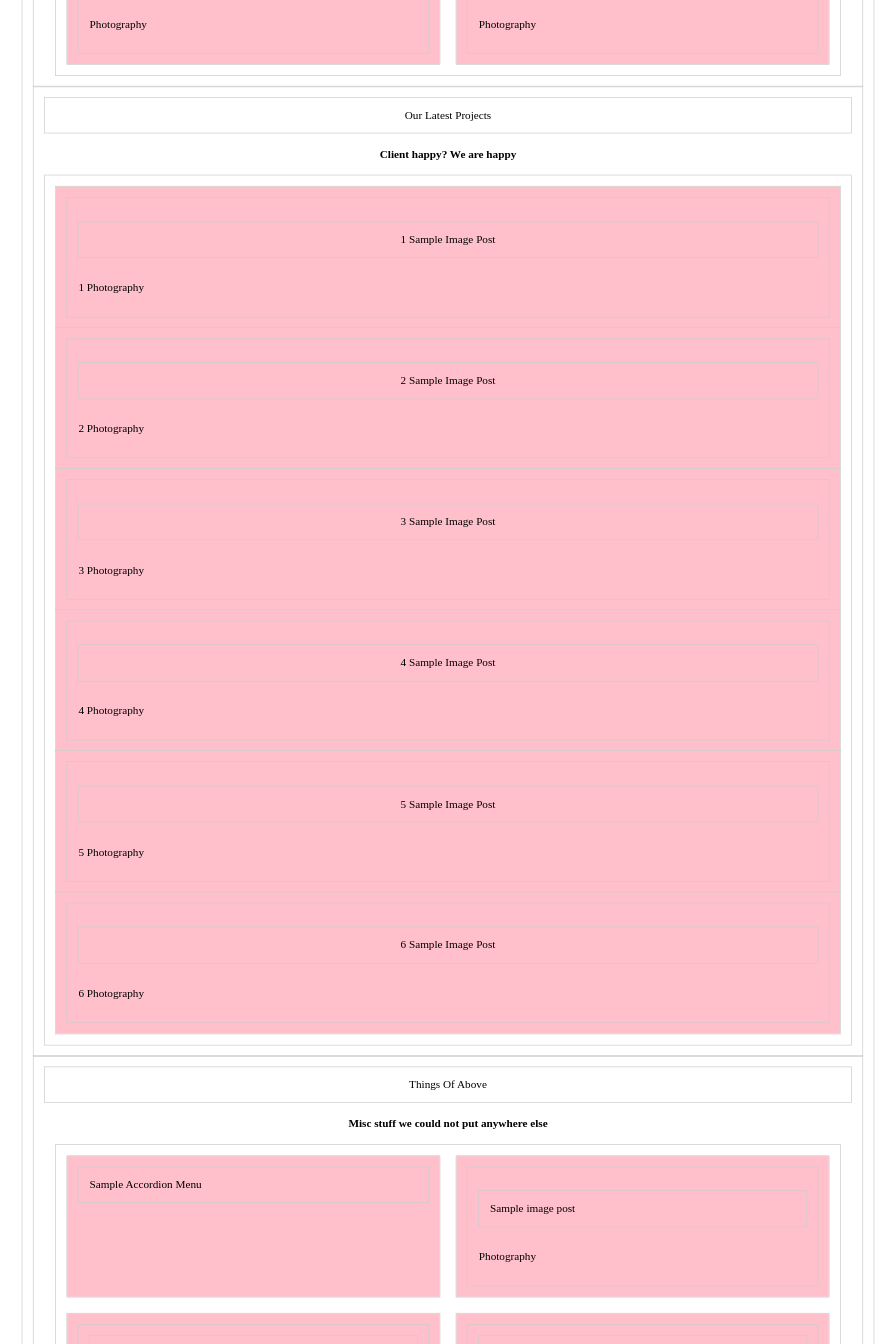
Repository: kionale/Project1_Lab3_ResponsiveLayout
Page: index.html
An editor plug-in stored every save of this project. The page is shown before and after the next save, followed by the edit.
The browser window is 1280 px wide. The pictures show the part of the page from y = 1531 to 3451 px (the page is 3672 px tall before and 3115 px after), at 70% of full size.

Above is the page before, as saved 2023-01-25 23:17:36.

### index.html
<!doctype html>
<html class="no-js" lang="">

<head>
  <meta charset="utf-8">
  <title></title>
  <meta name="description" content="">
  <meta name="viewport" content="width=device-width, initial-scale=1">

  <meta property="og:title" content="">
  <meta property="og:type" content="">
  <meta property="og:url" content="">
  <meta property="og:image" content="">

  <link rel="manifest" href="site.webmanifest">
  <link rel="apple-touch-icon" href="icon.png">
  <!-- Place favicon.ico in the root directory -->

  <link rel="stylesheet" href="css/normalize.css">
  <link rel="stylesheet" href="css/main.css">

  <meta name="theme-color" content="#fafafa">
</head>


<body class="page page-home">
  <header class="header page__header">
    <div class="row">
      <h1>Metrolics</h1>
      <a href=""><img src=""></a>
      <nav class="navbar-links">
        <ul>
          <a href="#">
            <li>Home</li>
          </a>
          <a href="">
            <li>Home</li>
          </a>
          <a href="">
            <li>Pages</li>
          </a>
          <a href="">
            <li>Blog</li>
          </a>
          <a href="">
            <li>Portfolio</li>
          </a>
          <a href="">
            <li>Home</li>
          </a>
        </ul>
      </nav>
    </div>

  </header>

  <div class="page__slider">
    <div class="row slides">
      <img src="" alt="">
    </div>
  </div>
  </div>

  <div class="page__intro">
    <h1 class="header page__heading">
      Hey guys! This is the <span>Metrolics</span> theme.<br>
      It sports a responsive layout with a mobile layout.
    </h1>
    <div class="subheading page_subheading">
      <h3>
        Things That We do
      </h3>
      <h5>Ask us what we can do for you</h5>

    </div>
    <div class="feature__service">
      <div class="row m-col-2 l-col-4">
        <div class="col">
          <img class="feature__servic__images" src="" alt="">
          <h4 class="heading feature__servic__title">Web Solution</h4>
          <p class="feature__servic__content">
            bbbhhha
          </p>
        </div>
        <div class="col">
          <img class="feature__servic__images" src="" alt="">
          <h4 class="heading feature__servic__title"></h4>
          <p class="feature__servic__content">
            bbbhhha
          </p>
        </div>
        <div class="col">
          <img class="feature__servic__images" src="" alt="">
          <h4 class="heading feature__servic__title"></h4>
          <p class="feature__servic__content">
            bbbhhha
          </p>
        </div>
        <div class="col">
          <img class="feature__servic__images" src="" alt="">
          <h4 class="heading feature__servic__title"></h4>
          <p class="feature__servic__content">
            bbbhhha
          </p>
        </div>


      </div>
    </div>
  </div>

  <!-- Main content starts here -->
  <main class="page__main">
    <section class="recent__work">
      <header class="header post__header">What's up lately?</header>
      <h4 class="subheading">Read up on our latest work</h4>
      <div class="row m-col-2 l-col-3">
        <div class="col">
          <div>
            <img src="" alt="">
            <header class="header recent__work__title">Sample image post</header><br>
            <p>Photography</p>
          </div>
        </div>
        <div class="col">
          <div>
            <img src="" alt="">
            <header class="header recent__work__title">Sample image post</header><br>
            <p>Photography</p>
          </div>
        </div>
        <div class="col">
          <div>
            <img src="" alt="">
            <header class="header recent__work__title">Sample image post</header><br>
            <p>Photography</p>
          </div>
        </div>
        <div class="col">
          <div>
            <img src="" alt="">
            <header class="header recent__work__title">Sample image post</header><br>
            <p>Photography</p>
          </div>
        </div>
      </div>
    </section>
    <!-- Our Latest Projests -->
    <section class="latest__projects">
      <header class="header latest__projects__header">Our Latest Projects</header>
      <h4 class="subheading">Client happy? We are happy</h4>
      <div class="row_two m-col-2 l-col-3">
        <div class="col">
          <div>
            <img src="" alt="">
            <header class="header latest__project__title">1 Sample image post</header><br>
            <p>1 Photography</p>
          </div>
        </div>
        <div class="col">
          <div>
            <img src="" alt="">
            <header class="header latest__project__title">2 Sample image post</header><br>
            <p>2 Photography</p>
          </div>
        </div>
        <div class="col">
          <div>
            <img src="" alt="">
            <header class="header latest__project__title">3 Sample image post</header><br>
            <p>3 Photography</p>
          </div>
        </div>
        <div class="col">
          <div>
            <img src="" alt="">
            <header class="header latest__project__title">4 Sample image post</header><br>
            <p>4 Photography</p>
          </div>
        </div>
        <div class="col">
          <div>
            <img src="" alt="">
            <header class="header latest__project__title">5 Sample image post</header><br>
            <p>5 Photography</p>
          </div>
        </div>
        <div class="col">
          <div>
            <img src="" alt="">
            <header class="header latest__project__title">6 Sample image post</header><br>
            <p>6 Photography</p>
          </div>
        </div>
      </div>
    </section>
    <!--Things of Above-->
    <section class="things__of__above">
      <header class="header things__header">Things of above</header>
      <h4 class="subheading">Misc stuff we could not put anywhere else</h4>
      <div class="row m-col-2 l-col-3">
        <div class="col sample__menu">
          <header class="recent__work__title">Sample Accordion Menu</header>
        </div>
        <div class="col">
          <div>
            <img src="" alt="">
            <header class="recent__work__title">Sample image post</header><br>
            <p>Photography</p>
          </div>
        </div>
        <div class="col">
          <div>
            <header class="recent__work__title">Sample image post</header><br>
            <p>Photography</p>
          </div>
        </div>
        <div class="col">
          <div>
            <header class="recent__work__title">Sample image post</header><br>
            <p>Photography</p>
          </div>
        </div>

      </div>
    </section>
  </main>


  <script src="js/vendor/modernizr-3.11.2.min.js"></script>
  <script src="js/plugins.js"></script>
  <script src="js/main.js"></script>

  <!-- Google Analytics: change UA-XXXXX-Y to be your site's ID. -->
  <script>
    window.ga = function () { ga.q.push(arguments) }; ga.q = []; ga.l = +new Date;
    ga('create', 'UA-XXXXX-Y', 'auto'); ga('set', 'anonymizeIp', true); ga('set', 'transport', 'beacon'); ga('send', 'pageview')
  </script>
  <script src="https://www.google-analytics.com/analytics.js" async></script>
</body>

</html>

### css/main.css
::-moz-selection {
  background: #b3d4fc;
  text-shadow: none;
}

::selection {
  background: #b3d4fc;
  text-shadow: none;
}

/*
 * A better looking default horizontal rule
 */

hr {
  display: block;
  height: 1px;
  border: 0;
  border-top: 1px solid #ccc;
  margin: 1em 0;
  padding: 0;
}

audio,
canvas,
iframe,
img,
svg,
video {
  vertical-align: middle;
}

/*
 * Remove default fieldset styles.
 */

fieldset {
  border: 0;
  margin: 0;
  padding: 0;
}

/*
 * Allow only vertical resizing of textareas.
 */

textarea {
  resize: vertical;
}

*,
*::before,
*::after {
  box-sizing: border-box;
}

div,
main,
section,
header,
footer {
  outline: 1px solid #ccc;
  min-height: 1rem;
  padding: 1rem;
}

.page {
  margin: 0 auto;
  padding: 2rem;
}

.header {
  text-transform: capitalize;
  text-align: center;
}

.subheading {
  text-align: center;
}

ul,
li {
  padding: 0;
  margin: 0;
  list-style: none;
}

.row {
  display: grid;
  row-gap: 1rem;
}

.col {
  position: relative;
  background-color: pink;
}

/* medium screens and up  */
@media screen and (min-width: 40em) {
  .row {
    max-width: 70rem;
    column-gap: 1.5rem;
    row-gap: 1.5rem;
    margin: 0 auto;
  }

  .m-col-2 {
    grid-template-columns: 1fr 1fr;
  }
}


.top__row__latest {
  display: flex;
}

.bottom__row__latest {
  display: flex;
}

### js/plugins.js
// Avoid `console` errors in browsers that lack a console.
(function() {
  var method;
  var noop = function () {};
  var methods = [
    'assert', 'clear', 'count', 'debug', 'dir', 'dirxml', 'error',
    'exception', 'group', 'groupCollapsed', 'groupEnd', 'info', 'log',
    'markTimeline', 'profile', 'profileEnd', 'table', 'time', 'timeEnd',
    'timeline', 'timelineEnd', 'timeStamp', 'trace', 'warn'
  ];
  var length = methods.length;
  var console = (window.console = window.console || {});

  while (length--) {
    method = methods[length];

    // Only stub undefined methods.
    if (!console[method]) {
      console[method] = noop;
    }
  }
}());

// Place any jQuery/helper plugins in here.

Loaded but not shown: css/normalize.css (library); js/vendor/modernizr-3.11.2.min.js (library); js/main.js (no stored copy; drawn as an empty file)

After the next save:
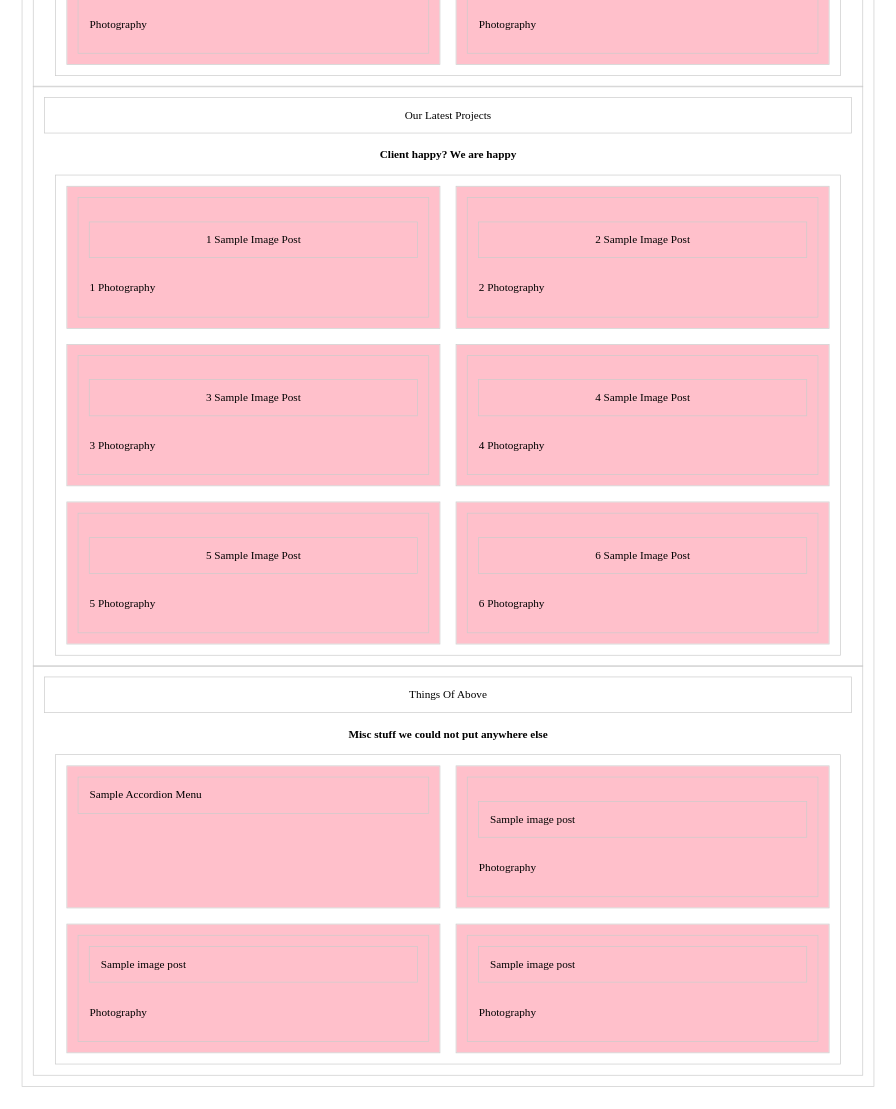
Saved 1 s later.
--- a/css/main.css
+++ b/css/main.css
@@ -90,6 +90,11 @@ li {
   row-gap: 1rem;
 }
 
+.row_two {
+  display: grid;
+  row-gap: 1rem;
+}
+
 .col {
   position: relative;
   background-color: pink;
@@ -104,16 +109,25 @@ li {
     margin: 0 auto;
   }
 
+  .row_two {
+    max-width: 70rem;
+    column-gap: 1.5rem;
+    row-gap: 1.5rem;
+    margin: 0 auto;
+  }
+
   .m-col-2 {
     grid-template-columns: 1fr 1fr;
   }
+
 }
 
 
-.top__row__latest {
+.examples {
   display: flex;
+  justify-content: space-around;
 }
 
-.bottom__row__latest {
-  display: flex;
+.sample__menu {
+  padding: none;
 }
